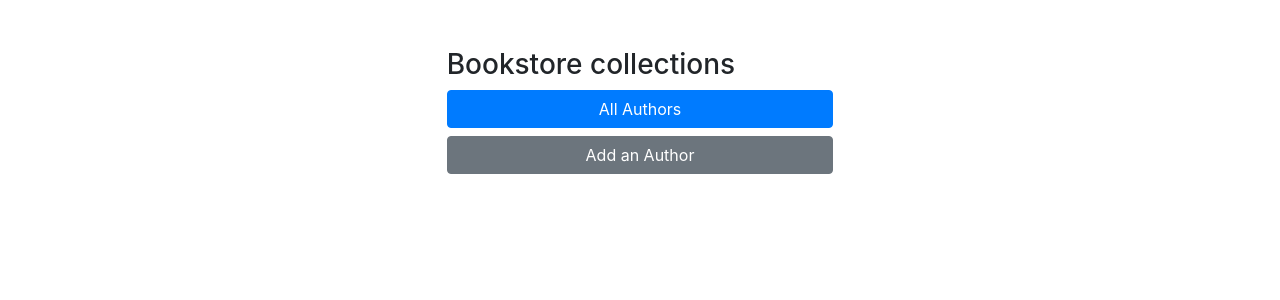
Repository: Temur-Sufiyanov/CBV
Page: http://localhost/
The author's editor kept a copy of each file at every save. The page is drawn from the files as they stood at one save, then again after a run of saves.
The browser window is 1280 px wide. The pictures show the whole page.
The page is served by the project's application, run on Django 5.2 (manage.py).

Above is the page before, as saved 2024-12-19 15:54:47.

After the next 2 saves:
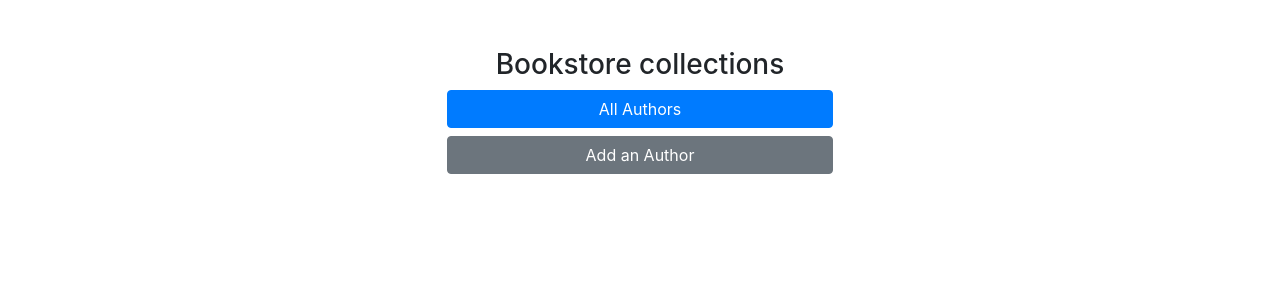
The 2 saves are shown as one change because they came seconds apart.
The last was saved 16 s later.
--- a/new_books/templates/new_books/home.html
+++ b/new_books/templates/new_books/home.html
@@ -5,7 +5,7 @@
 {% endblock title %}
 
 {% block content %}
-<h3 >Bookstore collections</h3>
+<h3 class="text-center">Bookstore collections</h3>
 <a href="" role="button" class="btn btn-primary w-100 mb-2">All Authors</a>
 <a href="" role="button" class="btn btn-secondary w-100 mb-2">Add an Author</a>
 {% comment %} <div class="container mt-4">
